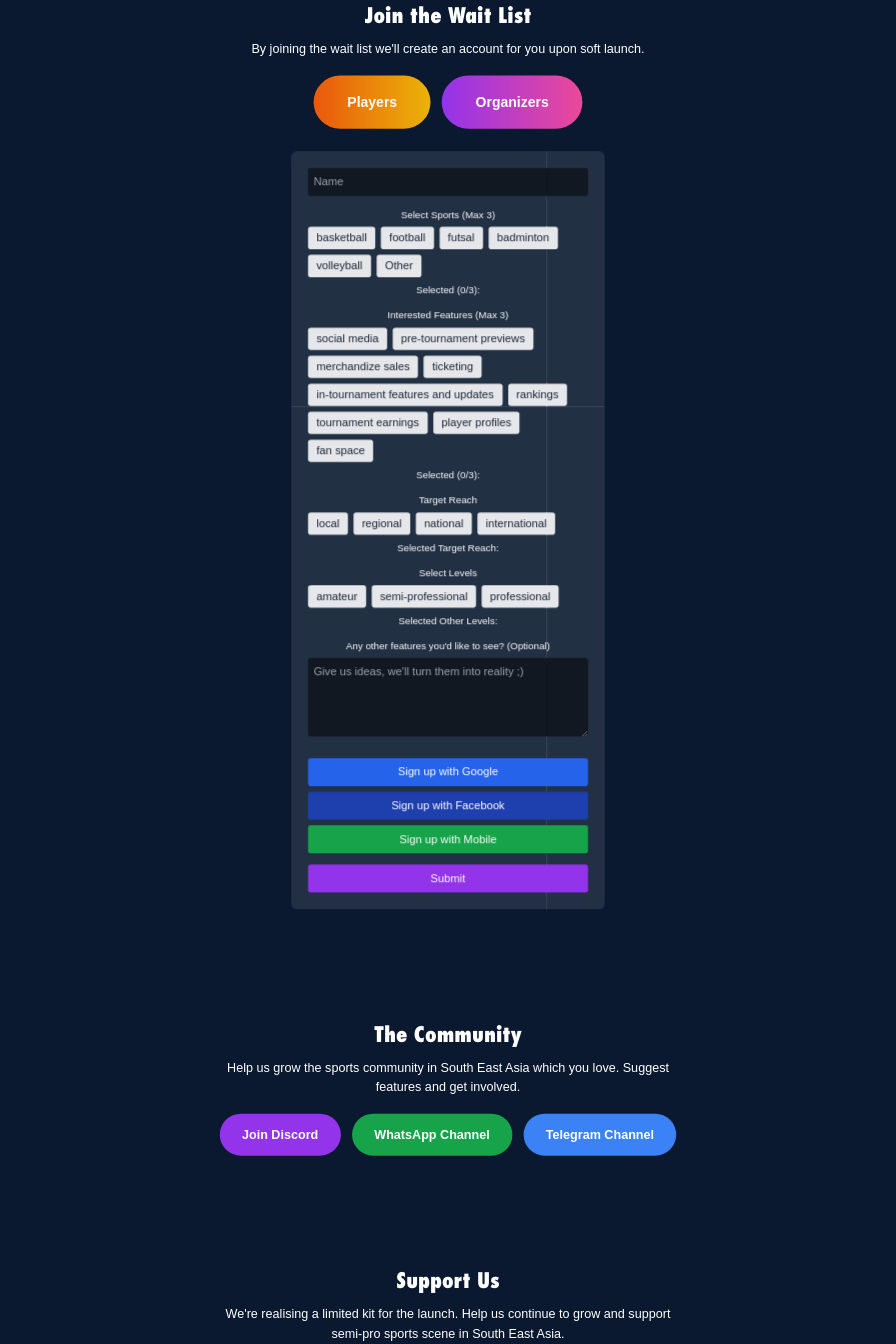
Repository: yao-creative/lemma-one-launch
Page: /, after clicking the first element matching `button.px-12`
The author's editor kept a copy of each file at every save. The page is drawn from the files as they stood at one save, then again after a run of saves.
The browser window is 1280 px wide. The pictures show the part of the page from y = 740 to 2660 px (the page is 4151 px tall), at 70% of full size.
Some web fonts or font styles are not loaded; a fallback is used. The project was rebuilt for these pictures with package versions that can differ from the ones it lists, and the page was loaded fresh each time. The framework's server and built-in components were replaced by stand-ins that run in the browser. Also part of the build but not shown: next.config.js, next.config.mjs.

Above is the page before, as saved 2024-09-28 15:33:05.

### app/layout.tsx
import type { Metadata } from "next";
import localFont from "next/font/local";
import "./globals.css";

const geistSans = localFont({
  src: "./fonts/GeistVF.woff2",
  variable: "--font-geist-sans",
});

const geistMono = localFont({
  src: "./fonts/GeistMonoVF.woff2",
  variable: "--font-geist-mono",
});

const nikeFont = localFont({
  src: "./fonts/Futura-Condensed-Extra-Bold.otf",
  variable: "--font-nike",
});

export const metadata: Metadata = {
  title: "LemmaOne",
  description: "A space for semi-pro athletes. Growing the sport we love.",
};

export default function RootLayout({
  children,
}: Readonly<{
  children: React.ReactNode;
}>) {
  return (
    <html lang="en">
      <body className={`${geistSans.variable} ${geistMono.variable} ${nikeFont.variable} font-sans`}>
        {children}
      </body>
    </html>
  );
}

### app/globals.css
@tailwind base;
@tailwind components;
@tailwind utilities;

:root {
  --background: #000000;
  --foreground: #ffffff;
}

@media (prefers-color-scheme: dark) {
  :root {
    --background: #0a0a0a;
    --foreground: #ededed;
  }
}

body {
  color: var(--foreground);
  background: var(--background);
}

/* Keep the rest of your custom CSS as is */

### app/lib/auth.ts
import { auth, db } from './firebase';
import { signInWithPopup, GoogleAuthProvider, FacebookAuthProvider, PhoneAuthProvider, signInWithPhoneNumber, ApplicationVerifier } from 'firebase/auth';
import { doc, setDoc } from 'firebase/firestore';

export async function signUpWithGoogle(formData: any) {
  const provider = new GoogleAuthProvider();
  try {
    const result = await signInWithPopup(auth, provider);
    await setDoc(doc(db, 'users', result.user.uid), {
      ...formData,
      email: result.user.email,
      authProvider: 'google',
    });
    return result.user;
  } catch (error) {
    console.error('Error signing up with Google:', error);
    throw error;
  }
}

export async function signUpWithFacebook(formData: any) {
  const provider = new FacebookAuthProvider();
  try {
    const result = await signInWithPopup(auth, provider);
    await setDoc(doc(db, 'users', result.user.uid), {
      ...formData,
      email: result.user.email,
      authProvider: 'facebook',
    });
    return result.user;
  } catch (error) {
    console.error('Error signing up with Facebook:', error);
    throw error;
  }
}

export async function signUpWithPhone(phoneNumber: string, appVerifier: ApplicationVerifier, formData: any) {
  try {
    const confirmationResult = await signInWithPhoneNumber(auth, phoneNumber, appVerifier);
    // You'll need to implement a way to get the verification code from the user
    // For this example, we'll assume you have a way to get the code
    const verificationCode = await getVerificationCodeFromUser();
    const result = await confirmationResult.confirm(verificationCode);
    await setDoc(doc(db, 'users', result.user.uid), {
      ...formData,
      phoneNumber: result.user.phoneNumber,
      authProvider: 'phone',
    });
    return result.user;
  } catch (error) {
    console.error('Error signing up with phone:', error);
    throw error;
  }
}

// This function is a placeholder. You'll need to implement this based on your UI.
async function getVerificationCodeFromUser(): Promise<string> {
  // Implement your logic to get the verification code from the user
  return '123456'; // This is just a placeholder
}

### app/components/WaitListForm.tsx
import React, { useState } from 'react';

interface WaitListFormProps {
  formData: {
    name: string;
    sports: string[];
    otherSports: string[];
    interestLevel: string;
    features: string;
    interestedFeatures: string[];
  };
  setFormData: React.Dispatch<React.SetStateAction<{
    name: string;
    sports: string[];
    otherSports: string[];
    interestLevel: string;
    features: string;
    interestedFeatures: string[];
  }>>;
  handleInputChange: (e: React.ChangeEvent<HTMLInputElement | HTMLSelectElement | HTMLTextAreaElement>) => void;
  handleSubmit: (e: React.FormEvent<HTMLFormElement>) => void;
  handleSignUp: (method: 'google' | 'facebook' | 'phone') => Promise<void>;
  showPlayerForm: boolean;
}

const WaitListForm: React.FC<WaitListFormProps> = ({
  formData,
  setFormData,
  handleInputChange,
  handleSubmit,
  handleSignUp,
  showPlayerForm
}) => {
  const [showOtherSports, setShowOtherSports] = useState(false);
  const [otherSportInput, setOtherSportInput] = useState('');
  const [tournamentLevels, setTournamentLevels] = useState<string[]>([]);
  const [regionalLevels, setRegionalLevels] = useState<string[]>([]);
  const [otherLevels, setOtherLevels] = useState<string[]>([]);
  const [additionalFeatures, setAdditionalFeatures] = useState('');

  const toggleSport = (sport: string) => {
    setFormData(prevData => {
      if (prevData.sports.includes(sport)) {
        return { ...prevData, sports: prevData.sports.filter(s => s !== sport) };
      } else if (prevData.sports.length < 3) {
        return { ...prevData, sports: [...prevData.sports, sport] };
      }
      return prevData;
    });
  };

  const toggleFeature = (feature: string) => {
    setFormData(prevData => {
      if (prevData.interestedFeatures.includes(feature)) {
        return { ...prevData, interestedFeatures: prevData.interestedFeatures.filter(f => f !== feature) };
      } else if (prevData.interestedFeatures.length < 3) {
        return { ...prevData, interestedFeatures: [...prevData.interestedFeatures, feature] };
      }
      return prevData;
    });
  };

  const toggleTournamentLevel = (level: string) => {
    setTournamentLevels(prevLevels => {
      // Ensure at least one of amateur, semi-professional, or professional is selected
      const isAmateur = level === 'amateur';
      const isSemiProfessional = level === 'semi-professional';
      const isProfessional = level === 'professional';

      if (isAmateur || isSemiProfessional || isProfessional) {
        const hasRegional = prevLevels.includes('regional');
        if (!hasRegional) {
          return [...prevLevels, 'regional', level]; // Add regional and the selected level
        }
        return prevLevels.includes(level)
          ? prevLevels.filter(l => l !== level) // Remove if already selected
          : [...prevLevels, level]; // Add the selected level
      }

      return prevLevels; // Return unchanged if not a valid level
    });
  };

  const toggleRegionalLevel = (level: string) => {
    setRegionalLevels(prevLevels =>
      prevLevels.includes(level)
        ? prevLevels.filter(l => l !== level)
        : [...prevLevels, level]
    );
  };

  const toggleOtherLevel = (level: string) => {
    setOtherLevels(prevLevels =>
      prevLevels.includes(level)
        ? prevLevels.filter(l => l !== level)
        : [...prevLevels, level]
    );
  };

  const handleOtherSportKeyDown = (e: React.KeyboardEvent<HTMLInputElement>) => {
    if (e.key === 'Enter' && otherSportInput.trim() !== '' && formData.sports.length < 3) {
      e.preventDefault();
      setFormData(prevData => {
        const newSports = [...prevData.sports, otherSportInput.trim()].slice(0, 3);
        return { ...prevData, sports: newSports };
      });
      setOtherSportInput('');
    }
  };

  return (
    <div className="mt-8 w-full max-w-md">
      <form onSubmit={handleSubmit} className="bg-white/10 backdrop-blur-md p-6 rounded-lg">
        <input
          type="text"
          name="name"
          value={formData.name}
          onChange={handleInputChange}
          placeholder={showPlayerForm ? "Name" : "Organizer/Organization Name"}
          className="w-full p-2 mb-4 bg-black/50 text-white rounded"
          required
        />
        <div className="mb-4">
          <label className="block text-sm font-medium mb-2">Select Sports (Max 3)</label>
          <div className="flex flex-wrap gap-2 mb-2">
            {['basketball', 'football', 'futsal', 'badminton', 'volleyball'].map((sport) => (
              <button
                key={sport}
                type="button"
                onClick={() => toggleSport(sport)}
                className={`px-3 py-1 rounded ${
                  formData.sports.includes(sport)
                    ? 'bg-purple-600 text-white'
                    : 'bg-gray-200 text-gray-800'
                }`}
              >
                {sport}
              </button>
            ))}
            {formData.sports.length < 3 && (
              <button
                type="button"
                onClick={() => setShowOtherSports(!showOtherSports)}
                className={`px-3 py-1 rounded ${
                  showOtherSports ? 'bg-purple-600 text-white' : 'bg-gray-200 text-gray-800'
                }`}
              >
                Other
              </button>
            )}
          </div>
          {showOtherSports && (
            <input
              type="text"
              value={otherSportInput}
              onChange={(e) => setOtherSportInput(e.target.value)}
              onKeyDown={handleOtherSportKeyDown}
              placeholder="Enter other sport and press Enter to add"
              className="w-full p-2 mb-2 bg-black/50 text-white rounded"
            />
          )}
          <p className="text-sm mt-2">Selected ({formData.sports.length}/3): {formData.sports.join(', ')}</p>
        </div>
        <div className="mb-4">
          <label className="block text-sm font-medium mb-2">Interested Features (Max 3)</label>
          <div className="flex flex-wrap gap-2">
            {(showPlayerForm ? [
              'social media', 'pre-tournament previews', 'merchandize sales', 'ticketing',
              'in-tournament features and updates', 'rankings', 'tournament earnings', 'player profiles', 'fan space'
            ] : [
              'tournament hosting', 'ticketing', 'tournament monetization', 'merchandize sales',
              'in-tournament features and updates', 'social media', 'pre-tournament previews', 'fan engagement'
            ]).map((feature) => (
              <button
                key={feature}
                type="button"
                onClick={() => toggleFeature(feature)}
                className={`px-3 py-1 rounded ${
                  formData.interestedFeatures.includes(feature)
                    ? 'bg-purple-600 text-white'
                    : 'bg-gray-200 text-gray-800'
                }`}
              >
                {feature}
              </button>
            ))}
          </div>
          <p className="text-sm mt-2">Selected ({formData.interestedFeatures.length}/3): {formData.interestedFeatures.join(', ')}</p>
        </div>
        <div className="mb-4">
          <label className="block text-sm font-medium mb-2">Target Reach</label>
          <div className="flex flex-wrap gap-2 mb-2">
            {['local', 'regional', 'national', 'international'].map((level) => (
              <button
                key={level}
                type="button"
                onClick={() => toggleRegionalLevel(level)}
                className={`px-3 py-1 rounded ${
                  regionalLevels.includes(level)
                    ? 'bg-purple-600 text-white'
                    : 'bg-gray-200 text-gray-800'
                }`}
              >
                {level}
              </button>
            ))}
          </div>
          <p className="text-sm mt-2">Selected Target Reach: {regionalLevels.join(', ')}</p>
        </div>

        <div className="mb-4">
          <label className="block text-sm font-medium mb-2">Select Levels</label>
          <div className="flex flex-wrap gap-2 mb-2">
            {['amateur', 'semi-professional', 'professional'].map((level) => (
              <button
                key={level}
                type="button"
                onClick={() => toggleOtherLevel(level)}
                className={`px-3 py-1 rounded ${
                  otherLevels.includes(level)
                    ? 'bg-purple-600 text-white'
                    : 'bg-gray-200 text-gray-800'
                }`}
              >
                {level}
              </button>
            ))}
          </div>
          <p className="text-sm mt-2">Selected Other Levels: {otherLevels.join(', ')}</p>
        </div>
        <div className="mb-4">
          <label className="block text-sm font-medium mb-2">Any other features you'd like to see? (Optional)</label>
          <textarea
            value={additionalFeatures}
            onChange={(e) => setAdditionalFeatures(e.target.value)}
            placeholder="Give us ideas, we'll turn them into reality ;)"
            className="w-full p-2 mb-2 bg-black/50 text-white rounded"
            rows={4}
          />
        </div>
        <div className="flex flex-col space-y-2">
          <button type="button" onClick={() => handleSignUp('google')} className="bg-blue-600 text-white p-2 rounded">
            Sign up with Google
          </button>
          <button type="button" onClick={() => handleSignUp('facebook')} className="bg-blue-800 text-white p-2 rounded">
            Sign up with Facebook
          </button>
          <button type="button" onClick={() => handleSignUp('phone')} className="bg-green-600 text-white p-2 rounded">
            Sign up with Mobile
          </button>
        </div>
        <button type="submit" className="w-full mt-4 bg-purple-600 text-white p-2 rounded">
          Submit
        </button>
      </form>
    </div>
  );
};

export default WaitListForm;

### app/components/FAQSection.tsx
import React, { useState } from 'react';

interface FAQ {
  question: string;
  answer: string | JSX.Element;
}

interface FAQSectionProps {
  faqs: FAQ[];
}

const FAQSection: React.FC<FAQSectionProps> = ({ faqs }) => {
  const [openFAQ, setOpenFAQ] = useState<number | null>(null);

  const toggleFAQ = (index: number) => {
    setOpenFAQ(openFAQ === index ? null : index);
  };

  return (
    <section className="text-center flex flex-col items-center justify-center w-full max-w-4xl section-glass rounded-3xl p-8 my-16">
      <h3 className="text-2xl md:text-3xl font-semibold font-nike mb-8">Frequently Asked Questions</h3>
      <div className="w-full max-w-2xl">
        {faqs.map((faq, index) => (
          <div key={index} className="mb-4">
            <button
              className="flex justify-between items-center w-full text-left px-4 py-2 bg-gray-800 hover:bg-gray-700 transition-colors duration-300 rounded-lg"
              onClick={() => toggleFAQ(index)}
            >
              <span className="text-lg font-semibold">{faq.question}</span>
              <span className="text-2xl">{openFAQ === index ? '−' : '+'}</span>
            </button>
            {openFAQ === index && (
              <div className="mt-2 px-4 py-2 bg-gray-900 rounded-lg">
                <p className="text-base">{faq.answer}</p>
              </div>
            )}
          </div>
        ))}
      </div>
    </section>
  );
};

export default FAQSection;

### app/components/AboutSection.tsx
import React from 'react';
import Image from 'next/image';

const AboutSection: React.FC = () => {
  return (
    <section className="text-center flex flex-col items-center justify-center w-full max-w-4xl section-glass rounded-3xl p-8 my-16">
      <h3 className="text-2xl md:text-3xl font-semibold font-nike mb-4">About Us</h3>
      <p className="text-base md:text-lg max-w-2xl mb-8">
        In South East Asia, relative to the size of the population, especially that of the youth, and the fanbase for sports, there is a huge gap in both federation funding and professional funding for sports. LemmaOne is put together by a team of passionate athletes who want to build a community and a possibility for the next generation to realize their dreams in competitive sports.
      </p>
      <div className="flex flex-col items-center w-full">
        <h3 className="text-xl font-semibold mb-4 text-center">Yao</h3>
        <div className="flex flex-col md:flex-row items-center md:items-start gap-4">
          <div className="relative w-28 h-28 flex-shrink-0 mb-4 md:mb-0">
            <Image
              src="/about/profile.jpg"
              alt="Yao"
              layout="fill"
              objectFit="cover"
              className="rounded-full"
            />
          </div>
          <p className="text-sm opacity-70 text-center md:text-left md:pr-4 max-w-prose">
            Hi my name is Yao. I've been playing volleyball competitively since I was 14. I've competed in the largest national tournament when I was 17. After that, the notion of going pro for sports was almost non-existent in my country. I took a gamble and went abroad for a gap year. I ended up majoring in mathematics and computer science in university and, five years later, I'm back in this corner of the world to build things.
          </p>
        </div>
        <div className="flex flex-row items-center justify-center mt-4">
          <a href="https://www.linkedin.com/in/yi-yao-tan-9719301a3/" className="flex items-center mx-2">
            <Image src="/icons/linkedin.svg" alt="LinkedIn" width={24} height={24} className="hover:opacity-80" />
          </a>
          <a href="mailto:yytanwork@gmail.com" className="flex items-center mx-2">
            <Image src="/icons/email.svg" alt="Email" width={24} height={24} className="hover:opacity-80" />
          </a>
        </div>
      </div>
    </section>
  );
};

export default AboutSection;

### app/lib/firebase.ts
import { initializeApp, getApps } from 'firebase/app';
import { getAuth } from 'firebase/auth';
import { getFirestore } from 'firebase/firestore';

const firebaseConfig = {
  apiKey: process.env.NEXT_PUBLIC_FIREBASE_API_KEY,
  authDomain: process.env.NEXT_PUBLIC_FIREBASE_AUTH_DOMAIN,
  projectId: process.env.NEXT_PUBLIC_FIREBASE_PROJECT_ID,
  storageBucket: process.env.NEXT_PUBLIC_FIREBASE_STORAGE_BUCKET,
  messagingSenderId: process.env.NEXT_PUBLIC_FIREBASE_MESSAGING_SENDER_ID,
  appId: process.env.NEXT_PUBLIC_FIREBASE_APP_ID,
  measurementId: process.env.NEXT_PUBLIC_FIREBASE_MEASUREMENT_ID,
};

// Initialize Firebase
let firebase_app = getApps().length === 0 ? initializeApp(firebaseConfig) : getApps()[0];

// Initialize Firebase services
const auth = getAuth(firebase_app);
const db = getFirestore(firebase_app);

export { firebase_app, auth, db };

Loaded but not shown: tailwind.config.js (21 lines, source omitted); app/page.tsx (268 lines, source omitted)

After the next 7 saves:
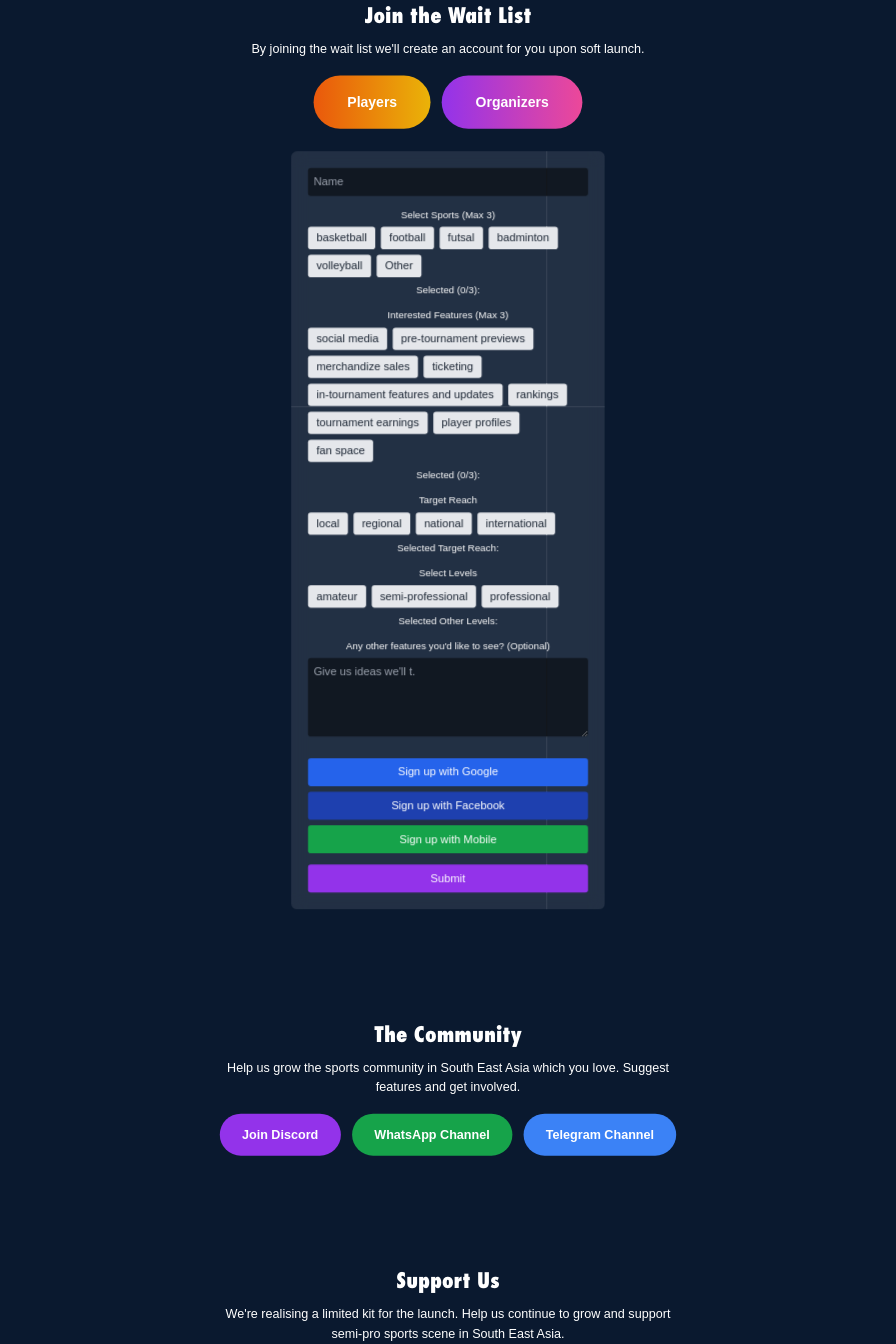
The 7 saves are shown as one change because they came seconds apart.
The last was saved 3 min 1 s later.
--- a/app/components/WaitListForm.tsx
+++ b/app/components/WaitListForm.tsx
@@ -233,7 +233,7 @@
           <textarea
             value={additionalFeatures}
             onChange={(e) => setAdditionalFeatures(e.target.value)}
-            placeholder="Give us ideas, we'll turn them into reality ;)"
+            placeholder="Give us ideas we'll t."
             className="w-full p-2 mb-2 bg-black/50 text-white rounded"
             rows={4}
           />
